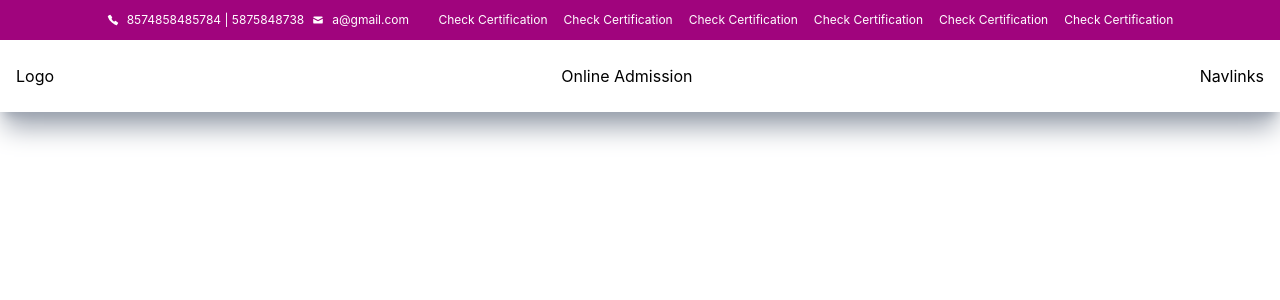
Repository: Sushant203/react-training-
Page: /
An editor plug-in stored every save of this project. The page is shown before and after the next save, followed by the edit.
The browser window is 1280 px wide. The pictures show the whole page.
The project was rebuilt for these pictures with package versions that can differ from the ones it lists, and the page was loaded fresh each time. Also part of the build but not shown: src/App.css, src/components/LowerNav.jsx, src/components/UpperNav.jsx.

Above is the page before, as saved 2022-12-19 09:42:24.

### src/App.js

import './App.css';
import LowerNav from './components/LowerNav';
import UpperNav from './components/UpperNav';
import Layout from './Hoc/Layout/Layout'

function App() {
  return (
    <div>
     <Layout />
    </div>
  );
}

export default App;

### src/Hoc/Layout/Layout.jsx
import React from "react";
import Toolbar from "../../components/Naviagtion/Toolbar/index";

function Layout() {
  return (
    <div>
      {/* toolbar */}
      <Toolbar />
    </div>
  );
}

export default Layout;

### src/components/Naviagtion/Toolbar/index.jsx
import React from "react";
import Header from "./header";
import Secondary from "./Secondary";

function Index() {
  return (
    <div className="h-fit bg-mainColor w-screen shadow-xl shadow-gray-400 ">
      <Header />
      <Secondary />
    </div>
  );
}

export default Index;

### src/components/Naviagtion/Toolbar/header.jsx
import React from "react";
import { IoCallSharp } from "react-icons/io5";
import { HiMail } from "react-icons/hi";
function Header() {
  const NavLinks = [
    { title: "check certificate" },
    { title: "check certificate" },
    { title: "check certificate" },
    { title: "check certificate" },
    { title: "check certificate" },
    { title: "check certificate" },
  ];
  return (
    <div className="py-3  w-10/12 mx-auto flex items-center justify-between text-xs">
      {/* number and email */}
      <div className="flex gap-2  text-white">
        <div className="flex gap-2  items-center">
          <IoCallSharp />
          8574858485784 | 5875848738
        </div>
        <div className=" flex gap-2 items-center">
          <HiMail />
          a@gmail.com
        </div>
      </div>
      {/* navigation links */}
      <div className="text-white flex gap-4 text-xs ">
        {NavLinks.map((val, i) => {
          return (
            <div key={i} className="capitalize ">
              check certification
            </div>
          );
        })}
      </div>
    </div>
  );
}

export default Header;

### src/components/Naviagtion/Toolbar/Secondary.jsx
import React from "react";

function Secondary() {
  return (
    <div className="flex justify-between px-4 w-full py-6 bg-white">
      <div>Logo</div>
      <div>Online Admission</div>
      <div>Navlinks</div>
    </div>
  );
}

export default Secondary;

### tailwind.config.js
/** @type {import('tailwindcss').Config} */
module.exports = {
  content: [
    "./src/**/*.{js,jsx,ts,tsx}",
  ],
  theme: {
    extend: {
      colors:{
        mainColor:'#A0047D'
      }
    },
  },
  plugins: [],
}

Loaded but not shown: public/index.html (common file); src/index.js (common file); src/index.css (common file); src/reportWebVitals.js (common file)

After the next save:
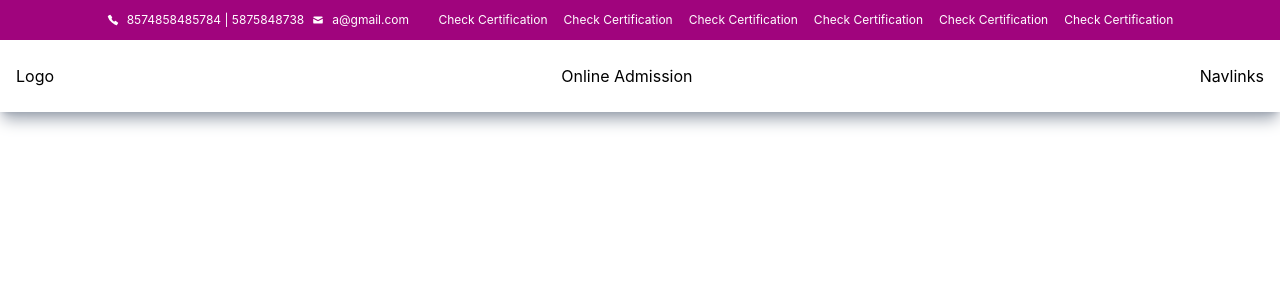
Saved 14 s later.
--- a/src/components/Naviagtion/Toolbar/index.jsx
+++ b/src/components/Naviagtion/Toolbar/index.jsx
@@ -4,7 +4,7 @@ import Secondary from "./Secondary";
 
 function Index() {
   return (
-    <div className="h-fit bg-mainColor w-screen shadow-xl shadow-gray-400 ">
+    <div className="h-fit bg-mainColor w-screen shadow-lg shadow-gray-400 ">
       <Header />
       <Secondary />
     </div>
